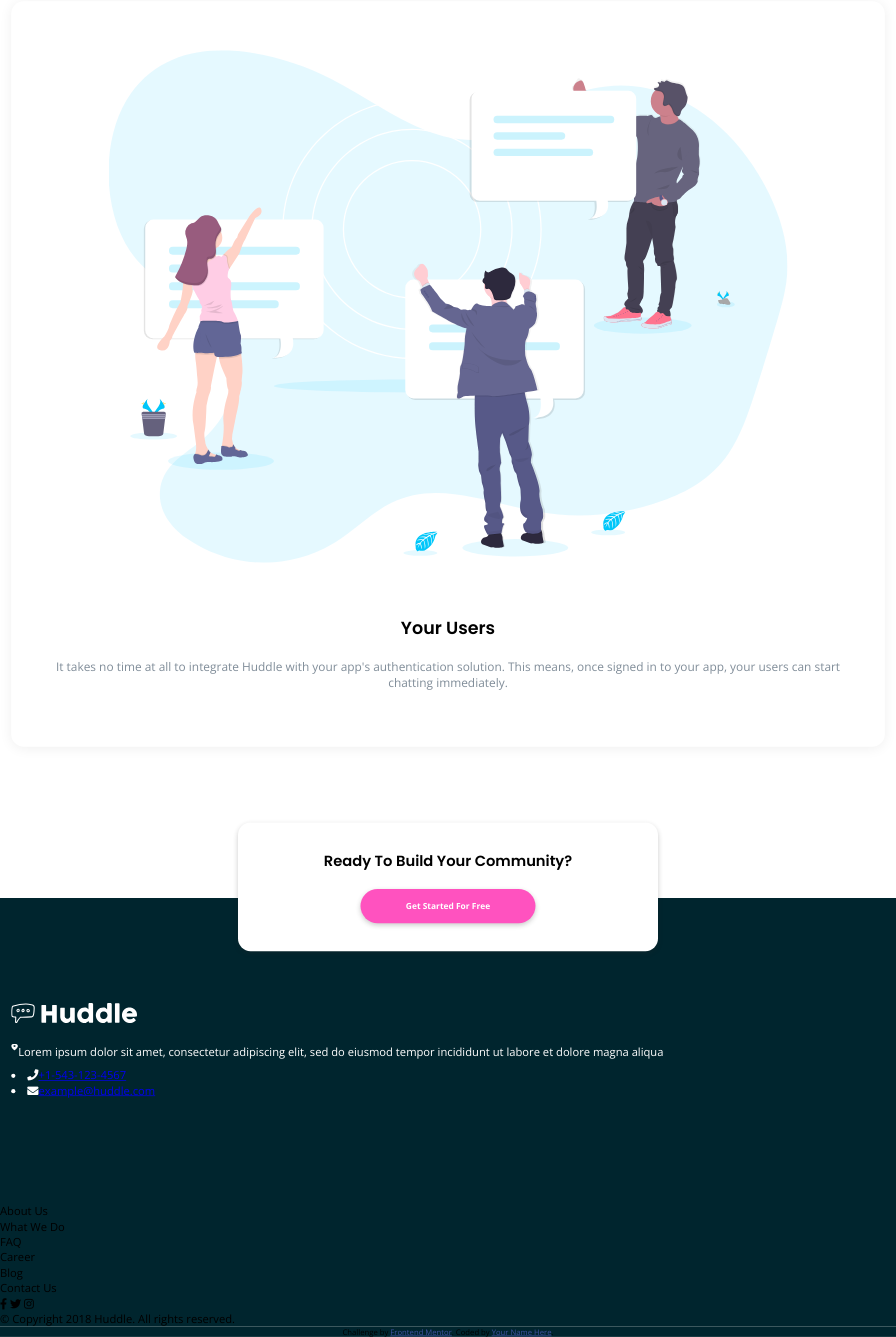
Repository: DejV44/Huddle-landing-page
Page: index.html
These files come from the project's save history. The page is drawn as it stood at one moment and after the next save; the edit follows.
The browser window is 1280 px wide. The pictures show the part of the page from y = 3577 to 5497 px (the page is 5487 px tall before and 5497 px after), at 70% of full size.
The style sheet was rebuilt from its Sass, Less or Tailwind sources for each picture, by a compiler version that may differ from the author's.

Above is the page before, as saved 2021-08-20 10:58:11.

### index.html
<!DOCTYPE html>
<html lang="en">
<head>
  <meta charset="UTF-8">
  <meta name="viewport" content="width=device-width, initial-scale=1.0"> <!-- displays site properly based on user's device -->
  <link rel="stylesheet" href="/css/style.css">
  <link rel="stylesheet" href="/fontawesome-free-5.15.3-web/css/all.css">
  <link rel="icon" type="image/png" sizes="32x32" href="./images/favicon-32x32.png">

  <title>Frontend Mentor | Huddle landing page with alternating feature blocks</title>

</head>
<body>
  <header>
    <div class="nav">
      <div class="logo">
        <img src="/images/logo.svg" alt="logo">
      </div>
      <a href="#">Try It Free</a>
    </div>
    <content class="main">
      <article class="building">
        <h1>Build The Community Your Fans Will Love</h1>
        <h3> Huddle re-imagines the way we build communities. You have a voice, but so does your audience.
        Create connections with your users as you engage in genuine discussion.</h3>
        <a class="main-btn" href="#">Get Started For Free</a>
      </article>
      <div class="img-main">
        <img class="img" src="/images/illustration-mockups.svg" alt="">
      </div>
    </content>

  </header>
  <section class="cards">
    <div class="card-one">
      <div class="img-cards">
        <img src="/images/illustration-grow-together.svg" alt="">
      </div>
      <content class="card">
        <h2>Grow Together</h2>
        <p>Generate meaningful discussions with your audience and build a strong, loyal community.
        Think of the insightful conversations you miss out on with a feedback form.</p>
      </content>
    </div>
    <div class="card-two">
      <div class="img-cards">
        <img src="/images/illustration-flowing-conversation.svg" alt="">
      </div>
      <content class="card">
        <h2>Flowing Conversations</h2>
        <p>You wouldn't paginate a conversation in real life, so why do it online? Our threads
        have just-in-time loading for a more natural flow.</p>
      </content>
    </div>
    <div class="card-three">
      <div class="img-cards">
        <img src="/images/illustration-your-users.svg" alt="">
      </div>
      <content class="card">
        <h2>Your Users</h2>
        <p>It takes no time at all to integrate Huddle with your app's authentication solution.
        This means, once signed in to your app, your users can start chatting immediately.</p>
      </content>
    </div>
    <container class="ready">
      <h2>Ready To Build Your Community?</h2>
      <a href="#">Get Started For Free</a>
    </container>
  </section>
  <footer>
    <container class="footer">
      <div class="section1">
        <img src="/images/logoWhite.svg" alt="logo">
        <div class="info">
          <img src="/images/icon-location.svg" alt="location">
          <p>Lorem ipsum dolor sit amet, consectetur adipiscing elit, sed do eiusmod tempor
          incididunt ut labore et dolore magna aliqua</p>
        </div>
        <li><i class="fa fa-phone" aria-hidden="true"></i><a href="tel:+1-543-123-4567">+1-543-123-4567</a></li>
        <li><i class="fa fa-envelope" aria-hidden="true"></i><a href="example@huddle.com">example@huddle.com</a></li>
      </div>
      <div class="section2">
        <ul>
          <li>About Us</li>
          <li>What We Do</li>
          <li>FAQ</li>
        </ul>
      </div>
      <div class="section3">
        <ul>
          <li>Career</li>
          <li>Blog</li>
          <li>Contact Us</li>
        </ul>
      </div>
      <div class="copyright">
        <div class="social">
          <span><i class="fab fa-facebook-f"></i></span>
          <span><i class="fab fa-twitter"></i></span>
          <span><i class="fab fa-instagram"></i></span>
        </div>
        <p>&copy; Copyright 2018 Huddle. All rights reserved.</p>
      </div>
    </container>
  </footer>













  <footer>
    <p class="attribution">
      Challenge by <a href="https://www.frontendmentor.io?ref=challenge" target="_blank">Frontend Mentor</a>.
      Coded by <a href="#">Your Name Here</a>.
    </p>
  </footer>
</body>
</html>

### css/style.scss
* {
    margin: 0;
    padding: 0;
    //font-family: 'Poppins', sans-serif;
    -webkit-font-smoothing: antialiased;
}

body {
    font-family: 'Open Sans', sans-serif;
}

// ---FONTS---
@import url('https://fonts.googleapis.com/css2?family=Open+Sans:wght@400;700&display=swap');
@import url('https://fonts.googleapis.com/css2?family=Poppins:wght@600&display=swap');

@import "variables";
@import "mixin";

@import "cards";
@import "header";
@import "footer";

### css/_variables.scss
$Pink: hsl(322, 100%, 66%);
$VeryPaleCyan: hsl(193, 100%, 96%);
$VeryDarkCyan: hsl(192, 100%, 9%);
$GrayishBlue: hsl(208, 11%, 55%);

### css/_mixin.scss
@mixin cards {
    display: flex;
    flex-direction: column;
    margin: 3rem auto 1rem auto;
    text-align: center;
    box-shadow: rgba(0, 0, 0, 0.068) 0px 2px 18px;
    border-radius: 18px;
    align-items: center;



    .card {
        display: block;
        margin: auto 3rem;
        h2 {
            padding-bottom: 1.5rem;
            font-size: 25px;
            font-family: 'Poppins', sans-serif
        }
        p {
            display: block;
            font-size: 17px;
            color: $GrayishBlue;
            padding-bottom: 3rem;
            margin-bottom: 2rem;

        }
    }
    .img-cards {
        display: block;
        padding: 30px 50px;
        margin: auto;

            img {
                width: 90%;
                margin: 40px auto;
            }
    }
}

### css/_cards.scss
.cards {
    padding: 1rem;
    margin: 0 auto;
    box-sizing: border-box;


    .card-one, .card-two, .card-three {
        @include cards;
    }

    .ready {
        display: block;
        box-sizing: border-box;
        text-align: center;
        transform: translateY(50%);
        background-color: white;
        margin: 0 auto;
        padding: 1rem 1rem;
        box-shadow: rgba(39, 39, 39, 0.24) 0px 3px 8px;
        max-width: 600px;
        text-align: center;
        align-items: center;
        border-radius: 18px;
        h2 {
            font-size: 21px;
            font-family: 'Poppins', sans-serif;
            margin: 1.5rem auto;
        }

        a {
            display: block;
            text-decoration: none;
            font-weight: 600;
            font-size: 12px;
            margin: 1.5rem auto;
            padding: 1rem 0;
            max-width: 250px;
            border-radius: 30px;
            background: $Pink;
            color: white;
            box-shadow: rgba(39, 39, 39, 0.24) 0px 3px 8px;
        }
    }

}

### css/_header.scss
header {
    background: url(/images/bg-hero-mobile.svg);
    background-color: rgb(241, 241, 255);
    background-size: contain;
    background-position: center;
    background-repeat: no-repeat;
    text-align: center;

    .nav {
        display: flex;
        justify-content: space-between;
        padding: 2rem 1.6rem;


        img {
            width: 120px;
        }

        a {
            text-decoration: none;
            font-size: 13px;
            font-weight: 600;
            margin-top: -4px;
            padding: 0.3rem 1.7rem;
            background-color: white;
            border-radius: 25px;
            box-shadow: rgba(99, 99, 99, 0.24) 0px 3px 8px;
        }

    }
    .main {

        margin: 0 auto;

        .building {
            margin: 4rem 3rem 2rem 3rem;



            h1 {
                margin: 0 1rem;
                font-size: 28px;
                font-family: 'Poppins', sans-serif
            }

            h3 {
                font-weight: 400;
                font-size: 18px;
                margin: 1.5rem 0;
                line-height: 30px;
            }

            .main-btn {

                display: block;
                text-decoration: none;
                font-weight: 600;
                font-size: 12px;
                margin: 1.5rem auto;
                padding: 1rem 0;
                max-width: 280px;
                border-radius: 30px;
                background: $Pink;
                color: white;
                box-shadow: rgba(39, 39, 39, 0.24) 0px 3px 8px;
            }

        }
        .img-main {
            padding: 15px 50px;

            .img {
                width: 100%;
                margin-bottom: 40px;
            }
        }
    }


}

### css/_footer.scss
footer {
    background-color: $VeryDarkCyan;
     .section1 {
         padding: 150px 1rem;
         color: white;

         img {
             width: 180px;
             padding-bottom: 1.5rem;
         }

         .info {
             display: flex;
              img {
                  width: 10px;
                  height: 10px;
              }
         }
     }
}




.attribution {
    font-size: 11px; text-align: center;
}
.attribution a {
    color: hsl(228, 45%, 44%);
}

Loaded but not shown: fontawesome-free-5.15.3-web/css/all.css (library)

After the next save:
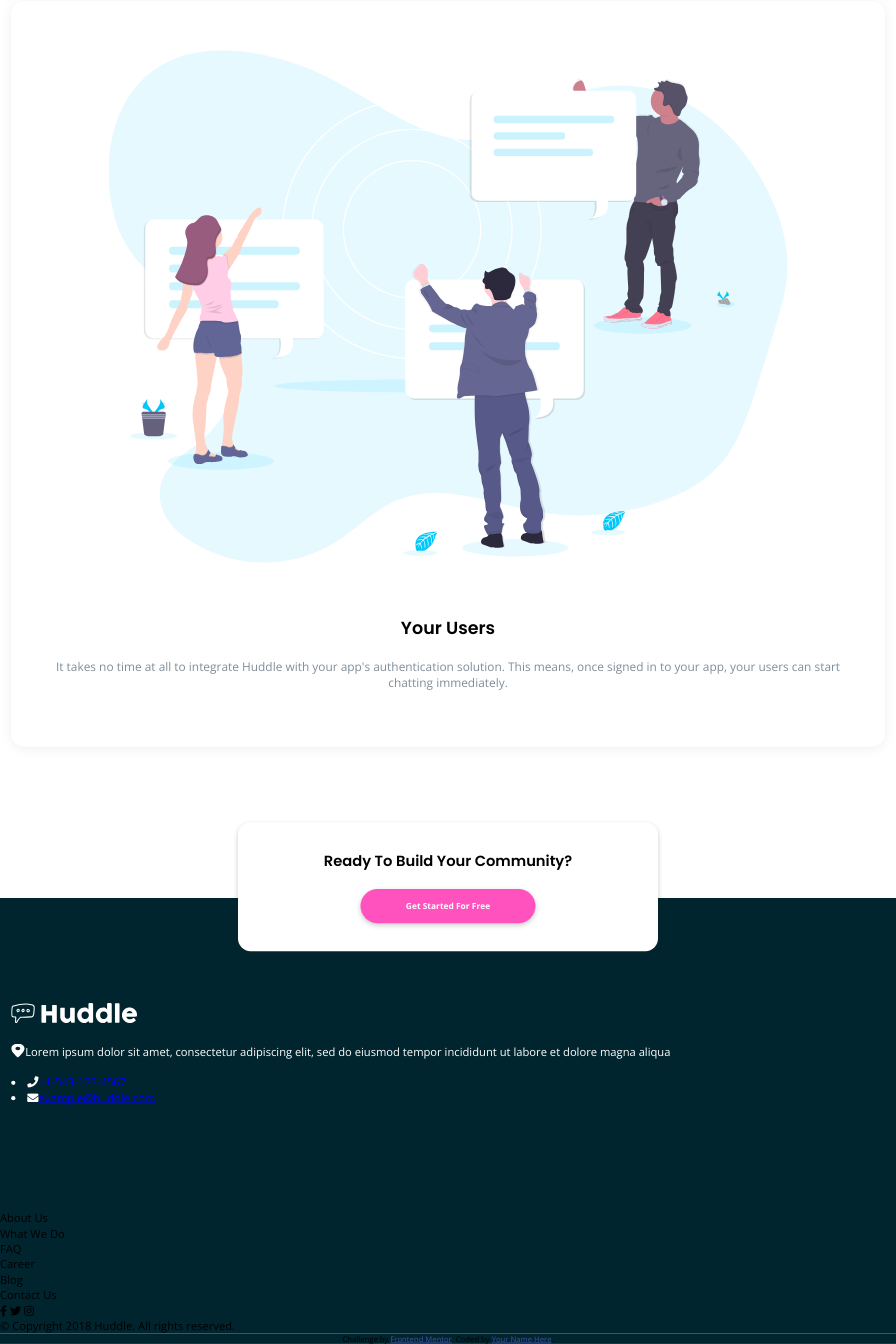
Saved 11 s later.
--- a/css/_footer.scss
+++ b/css/_footer.scss
@@ -12,8 +12,8 @@ footer {
          .info {
              display: flex;
               img {
-                  width: 10px;
-                  height: 10px;
+                  width: 20px;
+                  height: 20px;
               }
          }
      }
